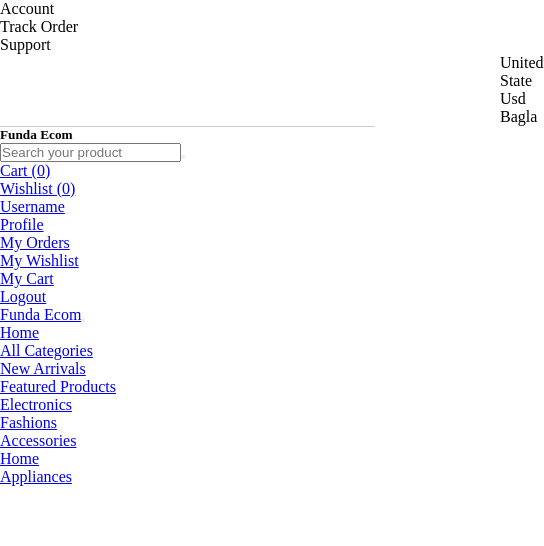
Repository: AbdulRehman787/shopo_ecommerce_web
Page: /
These files come from the project's save history. The page is drawn as it stood at one moment and after the next save; the edit follows.
The browser window is 375 px wide. The page is 544 px wide, so the pictures cover 544 px, including what lies to the right of the window. The pictures show the whole page.
The project was rebuilt for these pictures with package versions that can differ from the ones it lists, and the page was loaded fresh each time. Also part of the build but not shown: src/Pages/AboutUs.js, src/Pages/Blog.js, src/Pages/Contact.js.

Above is the page before, as saved 2023-11-27 18:07:39.

After the next save:
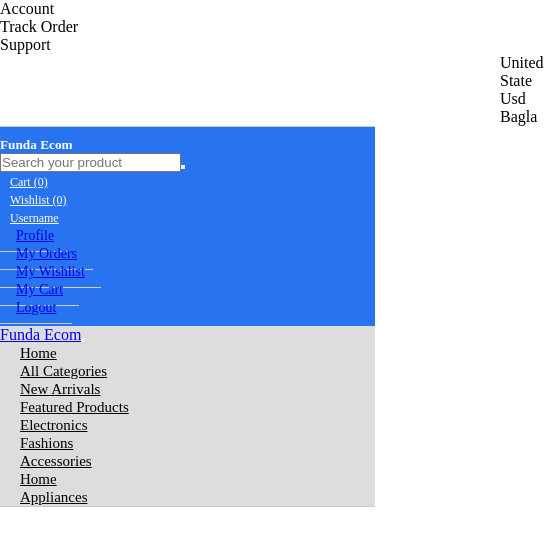
Saved 33 s later.
--- a/src/Components/Header/style.css
+++ b/src/Components/Header/style.css
@@ -16,3 +16,51 @@
 .sam{
     margin-left: 500px !important;
 }
+
+.main-navbar{
+    border-bottom: 1px solid #ccc;
+}
+.main-navbar .top-navbar{
+    background-color: #2874f0;
+    padding-top: 10px;
+    padding-bottom: 10px;
+}
+.main-navbar .top-navbar .brand-name{
+    color: #fff;
+}
+.main-navbar .top-navbar .nav-link{
+    color: #fff;
+    font-size: 16px;
+    font-weight: 500;
+}
+.main-navbar .top-navbar .dropdown-menu{
+    padding: 0px 0px;
+    border-radius: 0px;
+}
+.main-navbar .top-navbar .dropdown-menu .dropdown-item{
+    padding: 8px 16px;
+    border-bottom: 1px solid #ccc;
+    font-size: 14px;
+}
+.main-navbar .top-navbar .dropdown-menu .dropdown-item i{
+    width: 20px;
+    text-align: center;
+    color: #2874f0;
+    font-size: 14px;
+}
+.main-navbar .navbar{
+    padding: 0px;
+    background-color: #ddd;
+}
+.main-navbar .navbar .nav-item .nav-link{
+    padding: 8px 20px;
+    color: #000;
+    font-size: 15px;
+}
+
+@media only screen and (max-width: 600px) {
+    .main-navbar .top-navbar .nav-link{
+        font-size: 12px;
+        padding: 8px 10px;
+    }
+}
